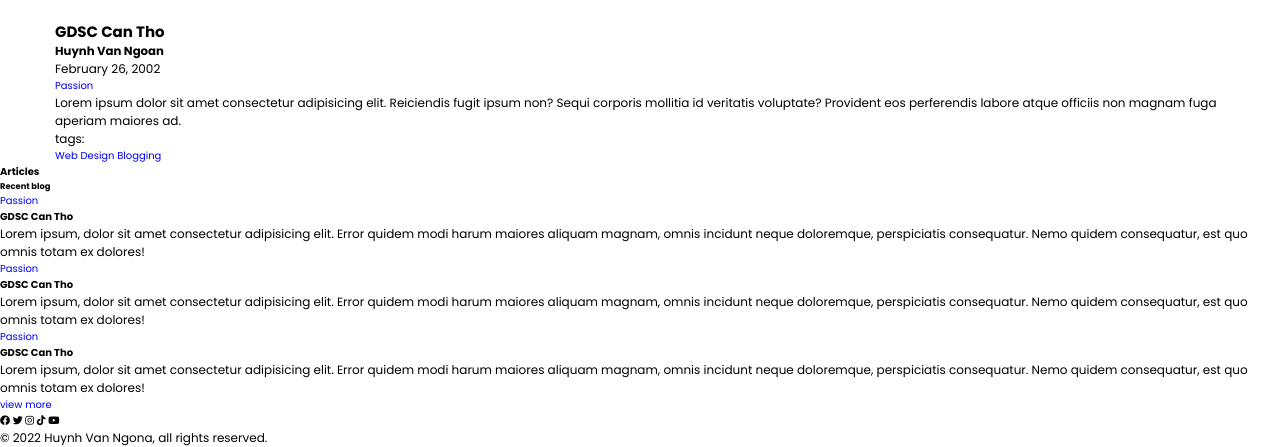
Repository: huynhvanngoan/TaskTeam5
Page: BlogPost/HTML/index.html
An editor plug-in stored every save of this project. The page is shown before and after the next save, followed by the edit.
The browser window is 1280 px wide. The pictures show the part of the page from y = 650 to 1127 px (the page is 1097 px tall before and 1127 px after).

Above is the page before, as saved 2022-10-17 00:27:32.

After the next save:
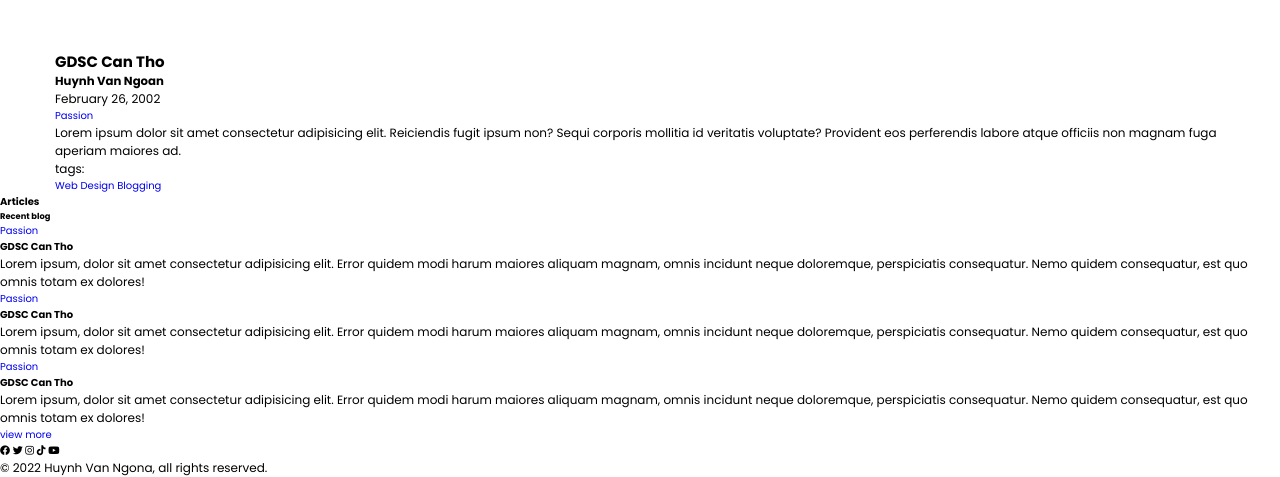
Saved 6 s later.
--- a/BlogPost/CSS/style.css
+++ b/BlogPost/CSS/style.css
@@ -71,7 +71,7 @@
 }
 .hero{
     max-width: 100vh;
-    height: 57rem;
+    height: 60rem;
     background: url(../Images/Background.JPG) no-repeat center center / cover;
     margin: 5rem auto;
 }

After the 2 saves that followed:
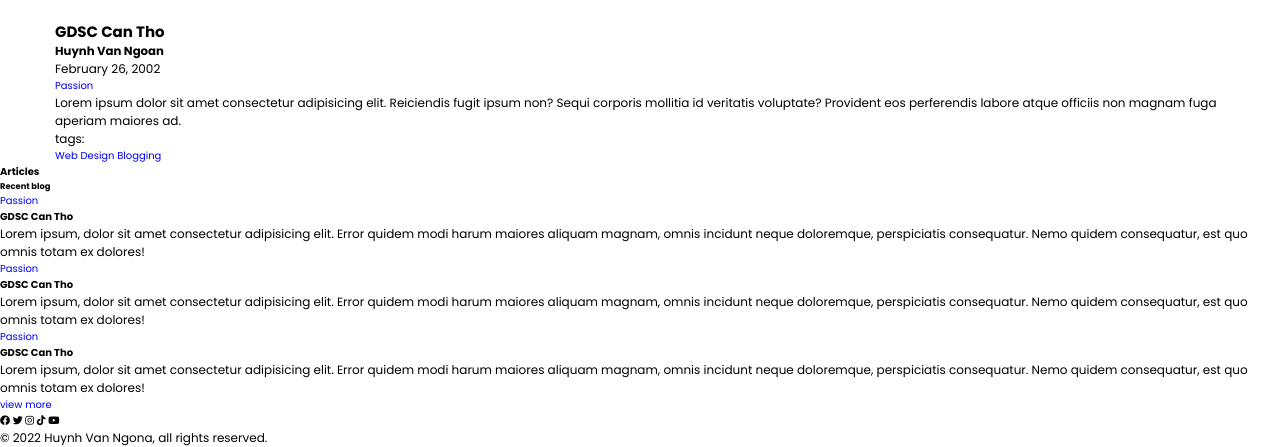
The 2 saves are shown as one change because they came seconds apart.
The last was saved 9 s later.
--- a/BlogPost/CSS/style.css
+++ b/BlogPost/CSS/style.css
@@ -71,7 +71,7 @@
 }
 .hero{
     max-width: 100vh;
-    height: 60rem;
+    height: 57rem;
     background: url(../Images/Background.JPG) no-repeat center center / cover;
     margin: 5rem auto;
 }
